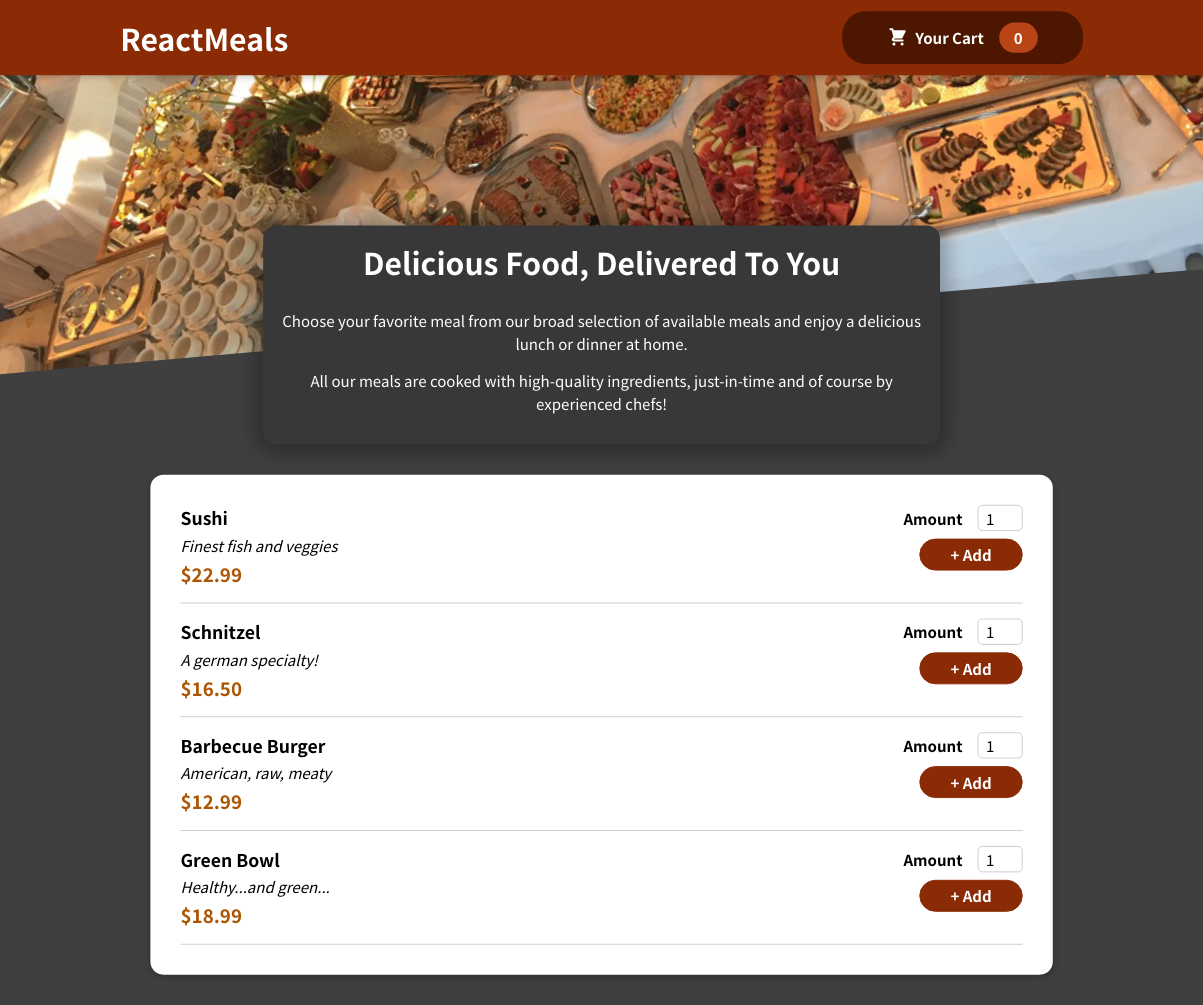
Repository: m-ahmadshaikh/React-Food-Ordering-App
Page: /
These files come from the project's save history. The page is drawn as it stood at one moment and after the next save; the edit follows.
The browser window is 1280 px wide. The pictures show the whole page, at 94% of full size.
The project was rebuilt for these pictures with package versions that can differ from the ones it lists, and the page was loaded fresh each time. Also part of the build but not shown: src/components/UI/Modal.module.css, src/components/UI/Modal.js, src/components/Cart/Cart.module.css, src/components/Cart/CartItem.module.css, src/components/Cart/CartItem.js, src/components/Cart/Cart.js.

Above is the page before, as saved 2022-09-08 21:36:18.

### public/index.html
<!DOCTYPE html>
<html lang="en">
  <head>
    <meta charset="utf-8" />
    <link rel="icon" href="%PUBLIC_URL%/favicon.ico" />
    <meta name="viewport" content="width=device-width, initial-scale=1" />
    <meta name="theme-color" content="#000000" />
    <meta
      name="description"
      content="Web site created using create-react-app" />
    <link rel="apple-touch-icon" href="%PUBLIC_URL%/logo192.png" />
    <!--
      manifest.json provides metadata used when your web app is installed on a
      user's mobile device or desktop. See https://developers.google.com/web/fundamentals/web-app-manifest/
    -->
    <link rel="manifest" href="%PUBLIC_URL%/manifest.json" />
    <!--
      Notice the use of %PUBLIC_URL% in the tags above.
      It will be replaced with the URL of the `public` folder during the build.
      Only files inside the `public` folder can be referenced from the HTML.

      Unlike "/favicon.ico" or "favicon.ico", "%PUBLIC_URL%/favicon.ico" will
      work correctly both with client-side routing and a non-root public URL.
      Learn how to configure a non-root public URL by running `npm run build`.
    -->
    <title>React App</title>
  </head>
  <body>
    <noscript>You need to enable JavaScript to run this app.</noscript>
    <div id="overlays"></div>
    <div id="root"></div>
    <!--
      This HTML file is a template.
      If you open it directly in the browser, you will see an empty page.

      You can add webfonts, meta tags, or analytics to this file.
      The build step will place the bundled scripts into the <body> tag.

      To begin the development, run `npm start` or `yarn start`.
      To create a production bundle, use `npm run build` or `yarn build`.
    -->
  </body>
</html>

### src/App.js
import { useState } from 'react';
import Cart from './components/Cart/Cart';
import Header from './components/Layout/Header';
import Meals from './components/Meals/Meals';
import CartProvider from './store/CartProvider';

function App() {
  const [isCartVisible, setisCartVisible] = useState(false);

  const toggleCartVisibility = () => {
    setisCartVisible((prevState) => !prevState);
  };

  return (
    <CartProvider>
      {isCartVisible && <Cart onHideCart={toggleCartVisibility} />}
      <Header onShowCart={toggleCartVisibility} />
      <Meals />
    </CartProvider>
  );
}

export default App;

### src/components/Layout/Header.js
import React from 'react';
import styles from './Header.module.css';
import mealsImage from '../../assets/meals.jpeg';
import HeaderCartButton from './HeaderCartButton';
export default function Header(props) {
  return (
    <React.Fragment>
      <header className={styles.header}>
        <h1>ReactMeals</h1>
        <HeaderCartButton onClick={props.onShowCart} />
      </header>
      <div className={styles['main-image']}>
        <img src={mealsImage} alt="A table full of delicious foods." />
      </div>
    </React.Fragment>
  );
}

### src/components/Meals/Meals.js
import React, { Fragment } from 'react';
import AvailableMeals from './AvailableMeals';
import MealsSummary from './MealsSummary';

export default function Meals() {
  return (
    <Fragment>
      <MealsSummary />
      <AvailableMeals />
    </Fragment>
  );
}

### src/store/CartProvider.js
import CartContext from './cart-context';
import React, { useReducer } from 'react';

const defaultCartState = {
  items: [],
  totalAmount: 0,
};

const cartReducer = (state, action) => {
  switch (action.type) {
    case 'ADD':
      const updatedTotalAmount =
        state.totalAmount + action.item.price * action.item.amount;
      const existingItemIndex = state.items.findIndex(
        (item) => item.id === action.item.id
      );
      const existingItem = state.items[existingItemIndex];
      let updatedItem;
      let updatedItems;
      if (existingItem) {
        updatedItem = {
          ...existingItem,
          amount: existingItem.amount + action.item.amount,
        };
        updatedItems = [...state.items];
        updatedItems[existingItemIndex] = updatedItem;
        return { items: updatedItems, totalAmount: updatedTotalAmount };
      }
      updatedItems = state.items.concat(action.item);

      return { items: updatedItems, totalAmount: updatedTotalAmount };
    case 'REMOVE':
      const id = action.id;
      const existingDeleteItemIndex = state.items.findIndex(
        (item) => item.id === action.id
      );
      const existingDeleteItem = state.items[existingDeleteItemIndex];
      const amount = existingDeleteItem.amount;
      const totalAmountUpdated = state.totalAmount - existingDeleteItem.price;
      if (amount <= 1) {
        return {
          items: state.items.filter((item) => item.id !== id),
          totalAmount: totalAmountUpdated,
        };
      }
      existingDeleteItem.amount = existingDeleteItem.amount - 1;
      const updatedDeleteItems = [...state.items];
      updatedDeleteItems[existingDeleteItemIndex] = existingDeleteItem;
      return {
        items: updatedDeleteItems,
        totalAmount: totalAmountUpdated,
      };

    default:
      return defaultCartState;
  }
};

export default function CartProvider(props) {
  const [cartState, dispatchCartAction] = useReducer(
    cartReducer,
    defaultCartState
  );
  const addItemToCartHandler = (item) => {
    dispatchCartAction({ type: 'ADD', item: item });
  };

  const removeItemToCartHandler = (id) => {
    dispatchCartAction({ type: 'REMOVE', id: id });
  };

  const cartContext = {
    items: cartState.items,
    totalAmount: +cartState.totalAmount,
    addItem: addItemToCartHandler,
    removeItem: removeItemToCartHandler,
  };

  return (
    <CartContext.Provider value={cartContext}>
      {props.children}
    </CartContext.Provider>
  );
}

### src/components/Layout/HeaderCartButton.js
import React, { useContext } from 'react';
import CartContext from '../../store/cart-context';
import CartIcon from '../Cart/CartIcon';
import classes from './HeaderCartButton.module.css';
export default function HeaderCartButton(props) {
  const ctx = useContext(CartContext);
  const numberOfItems = ctx.items.reduce((total, item) => {
    return total + item.amount;
  }, 0);
  return (
    <button
      className={`${classes.button} ${classes.bump}`}
      onClick={props.onClick}>
      <span className={classes.icon}>
        <CartIcon />
      </span>
      <span>Your Cart</span>
      <span className={classes.badge}>{numberOfItems}</span>
    </button>
  );
}

### src/components/Meals/AvailableMeals.js
import React from 'react';
import Card from '../UI/Card';
import classes from './AvailableMeals.module.css';
import MealItem from './MealItem';
const DUMMY_MEALS = [
  {
    id: 'm1',
    name: 'Sushi',
    description: 'Finest fish and veggies',
    price: 22.99,
  },
  {
    id: 'm2',
    name: 'Schnitzel',
    description: 'A german specialty!',
    price: 16.5,
  },
  {
    id: 'm3',
    name: 'Barbecue Burger',
    description: 'American, raw, meaty',
    price: 12.99,
  },
  {
    id: 'm4',
    name: 'Green Bowl',
    description: 'Healthy...and green...',
    price: 18.99,
  },
];
export default function AvailableMeals() {
  const mealsList = DUMMY_MEALS.map((meal) => (
    <MealItem
      id={meal.id}
      key={meal.id}
      name={meal.name}
      description={meal.description}
      price={meal.price}
    />
  ));
  return (
    <section className={classes.meals}>
      <Card>
        <ul>{mealsList}</ul>
      </Card>
    </section>
  );
}

### src/components/Cart/CartIcon.js
import React from 'react';

export default function CartIcon() {
  return (
    <svg
      xmlns="http://www.w3.org/2000/svg"
      viewBox="0 0 20 20"
      fill="currentColor">
      <path d="M3 1a1 1 0 000 2h1.22l.305 1.222a.997.997 0 00.01.042l1.358 5.43-.893.892C3.74 11.846 4.632 14 6.414 14H15a1 1 0 000-2H6.414l1-1H14a1 1 0 00.894-.553l3-6A1 1 0 0017 3H6.28l-.31-1.243A1 1 0 005 1H3zM16 16.5a1.5 1.5 0 11-3 0 1.5 1.5 0 013 0zM6.5 18a1.5 1.5 0 100-3 1.5 1.5 0 000 3z" />
    </svg>
  );
}

### src/components/Layout/HeaderCartButton.module.css
.button {
    cursor: pointer;
    font: inherit;
    border: none;
    background-color: #4d1601;
    color: white;
    padding: 0.75rem 3rem;
    display: flex;
    justify-content: space-around;
    align-items: center;
    border-radius: 25px;
    font-weight: bold;
}

.button:hover,
.button:active {
    background-color: #2c0d00;
}

.icon {
    width: 1.35rem;
    height: 1.35rem;
    margin-right: 0.5rem;
}

.badge {
    background-color: #b94517;
    padding: 0.25rem 1rem;
    border-radius: 25px;
    margin-left: 1rem;
    font-weight: bold;
}

.button:hover .badge,
.button:active .badge {
    background-color: #92320c;
}

.bump {
    animation: bump 300ms ease-out;
}

@keyframes bump {
    0% {
        transform: scale(1);
    }

    10% {
        transform: scale(0.9);
    }

    30% {
        transform: scale(1.1);
    }

    50% {
        transform: scale(1.15);
    }

    100% {
        transform: scale(1);
    }
}

### src/components/UI/Card.js
import styles from './Card.module.css';
export default function Card(props) {
  const classNames = `${styles.card} ${props.className}`;
  return <div className={classNames}>{props.children}</div>;
}

### src/components/Meals/MealItem.js
import React, { useContext } from 'react';
import CartContext from '../../store/cart-context';
import classes from './MealItem.module.css';
import MealItemForm from './MealItemForm';
export default function MealItem(props) {
  const price = `$${props.price.toFixed(2)}`;
  const ctx = useContext(CartContext);
  const amountHanlder = (amount) => {
    ctx.addItem({ id: props.id, name: props.name, price: props.price, amount });
  };
  return (
    <li className={classes.meal}>
      <div>
        <h3>{props.name}</h3>
        <div className={classes.description}>{props.description}</div>
        <div className={classes.price}>{price}</div>
      </div>
      <div>
        <MealItemForm onAddToCart={amountHanlder} id={props.id} />
      </div>
    </li>
  );
}

### src/components/Meals/MealItemForm.js
import React, { useRef, useState } from 'react';
import Input from '../UI/Input';
import classes from './MealItemForm.module.css';
export default function MealItemForm(props) {
  const [isAmountValid, setisAmountValid] = useState(true);
  const amountInputRef = useRef();
  const submitHandler = (event) => {
    event.preventDefault();
    const enteredAmountNumber = +amountInputRef.current.value;
    if (
      enteredAmountNumber.toString().trim().lenght === 0 ||
      enteredAmountNumber < 1 ||
      enteredAmountNumber > 5
    ) {
      setisAmountValid(false);
      return;
    }
    setisAmountValid(true);
    props.onAddToCart(enteredAmountNumber);
  };

  return (
    <form onSubmit={submitHandler} className={classes.form}>
      <Input
        ref={amountInputRef}
        label="Amount"
        input={{
          id: props.id + '_amount',
          type: 'number',
          step: '1',
          defaultValue: '1',
        }}
      />
      <button>+ Add</button>
      {!isAmountValid ? <p>Please, enter a valid amount (1-5)</p> : ''}
    </form>
  );
}

### src/components/UI/Input.js
import React, { forwardRef } from 'react';
import classes from './Input.module.css';
export default forwardRef(function Input(props, ref) {
  return (
    <div className={classes.input}>
      <label htmlFor={props.input.id}>{props.label}</label>
      <input ref={ref} {...props.input} />
    </div>
  );
});

Loaded but not shown: src/index.js (common file); src/index.css (common file); src/store/cart-context.js (common file); src/components/Layout/Header.module.css (common file); src/components/Meals/MealsSummary.js (common file); src/components/Meals/AvailableMeals.module.css (common file); src/components/Meals/MealsSummary.module.css (common file); src/components/UI/Card.module.css (common file); src/components/Meals/MealItem.module.css (common file); src/components/Meals/MealItemForm.module.css (common file); src/components/UI/Input.module.css (common file)

After the next save:
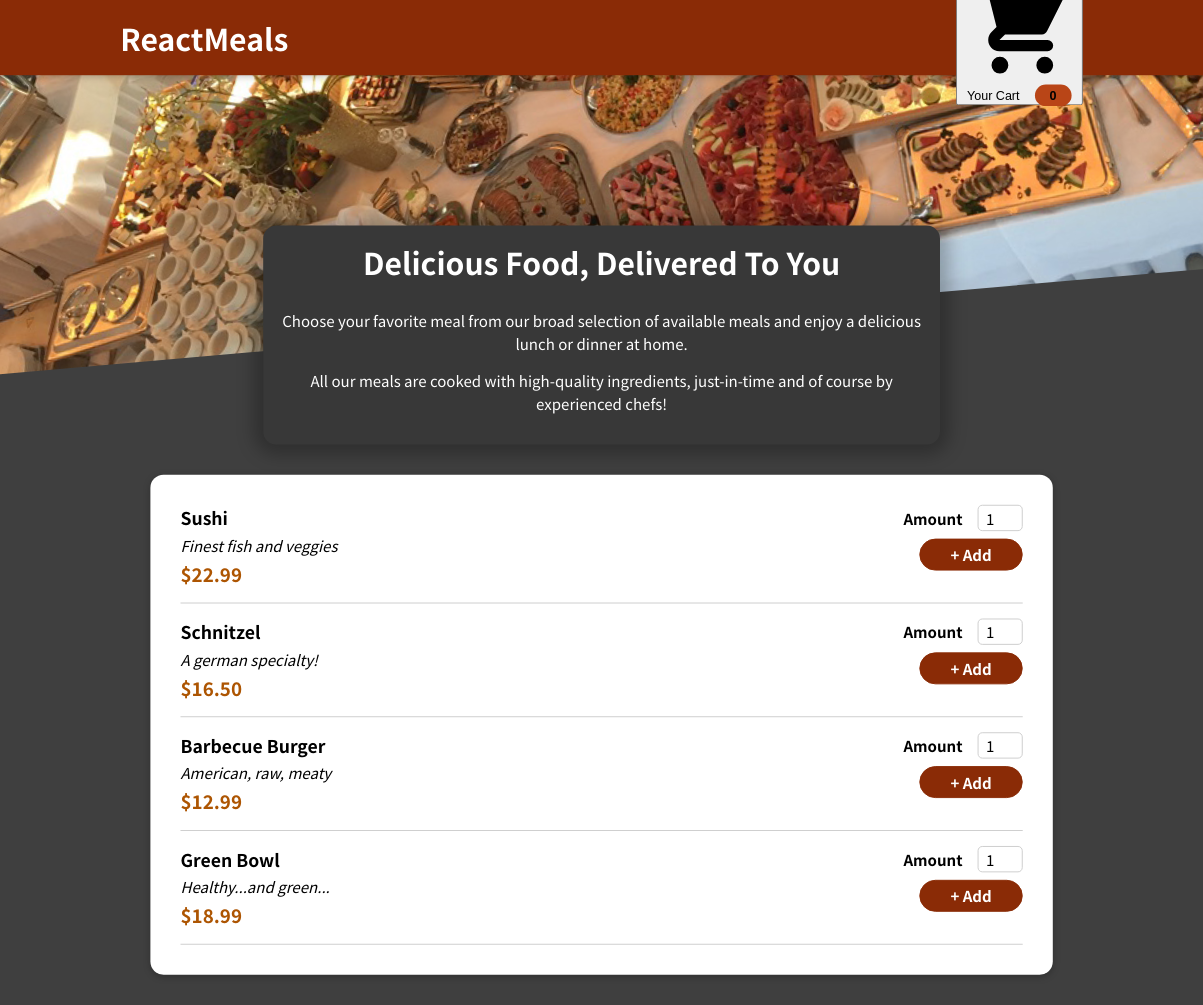
Saved 3 min 6 s later.
--- a/src/components/Layout/HeaderCartButton.js
+++ b/src/components/Layout/HeaderCartButton.js
@@ -1,4 +1,4 @@
-import React, { useContext } from 'react';
+import React, { useContext, useEffect } from 'react';
 import CartContext from '../../store/cart-context';
 import CartIcon from '../Cart/CartIcon';
 import classes from './HeaderCartButton.module.css';
@@ -7,10 +7,17 @@
   const numberOfItems = ctx.items.reduce((total, item) => {
     return total + item.amount;
   }, 0);
+  let buttonClasses;
+  useEffect(() => {
+    buttonClasses = `${classes.button} ${classes.bump}`;
+
+    return () => {
+      buttonClasses = `${classes.button}`;
+    };
+  }, [numberOfItems]);
+
   return (
-    <button
-      className={`${classes.button} ${classes.bump}`}
-      onClick={props.onClick}>
+    <button className={buttonClasses} onClick={props.onClick}>
       <span className={classes.icon}>
         <CartIcon />
       </span>

After the save that followed:
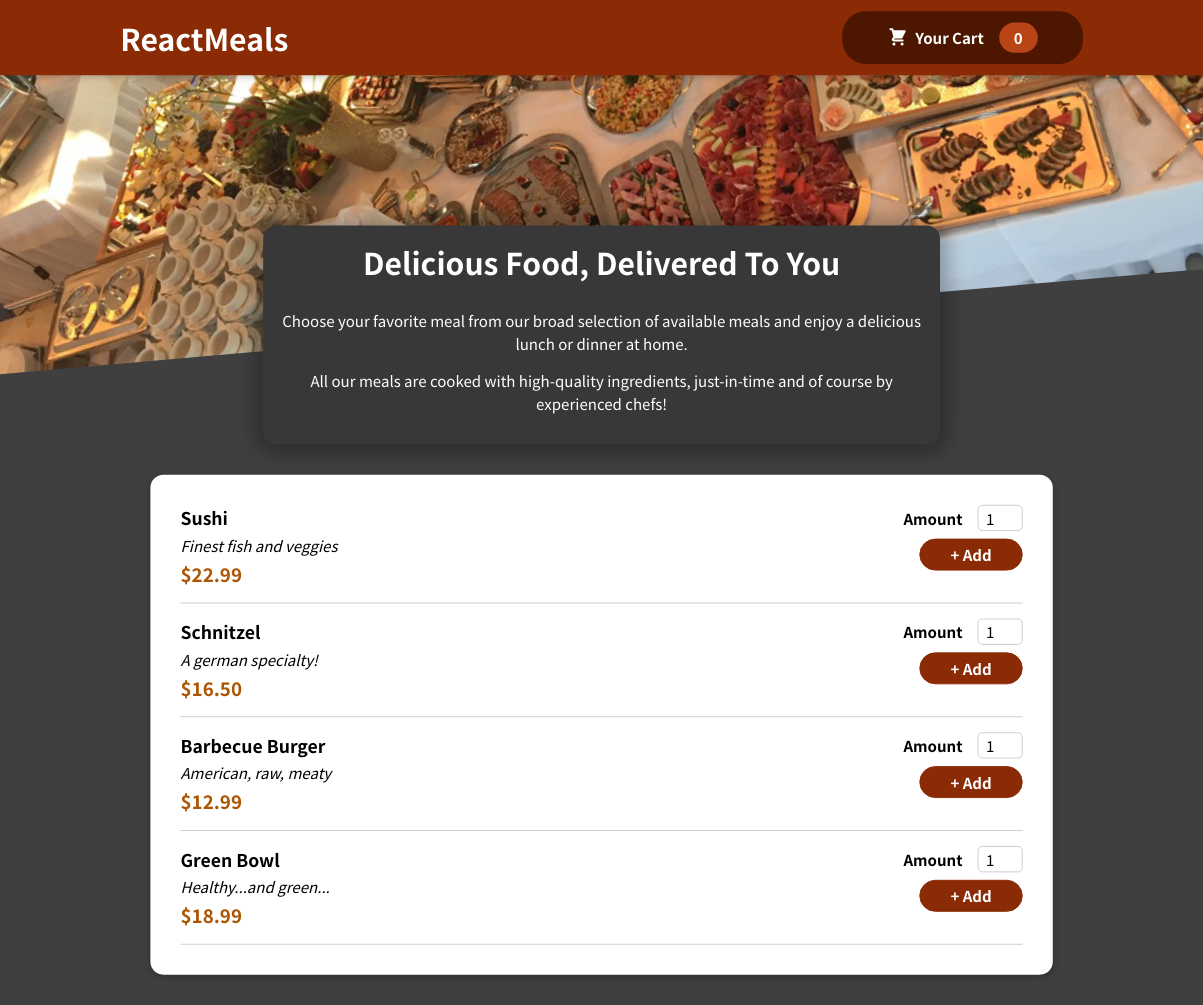
Saved 50 s later.
--- a/src/components/Layout/HeaderCartButton.js
+++ b/src/components/Layout/HeaderCartButton.js
@@ -7,7 +7,7 @@
   const numberOfItems = ctx.items.reduce((total, item) => {
     return total + item.amount;
   }, 0);
-  let buttonClasses;
+  let buttonClasses = `${classes.button} ${classes.bump}`;
   useEffect(() => {
     buttonClasses = `${classes.button} ${classes.bump}`;
 
